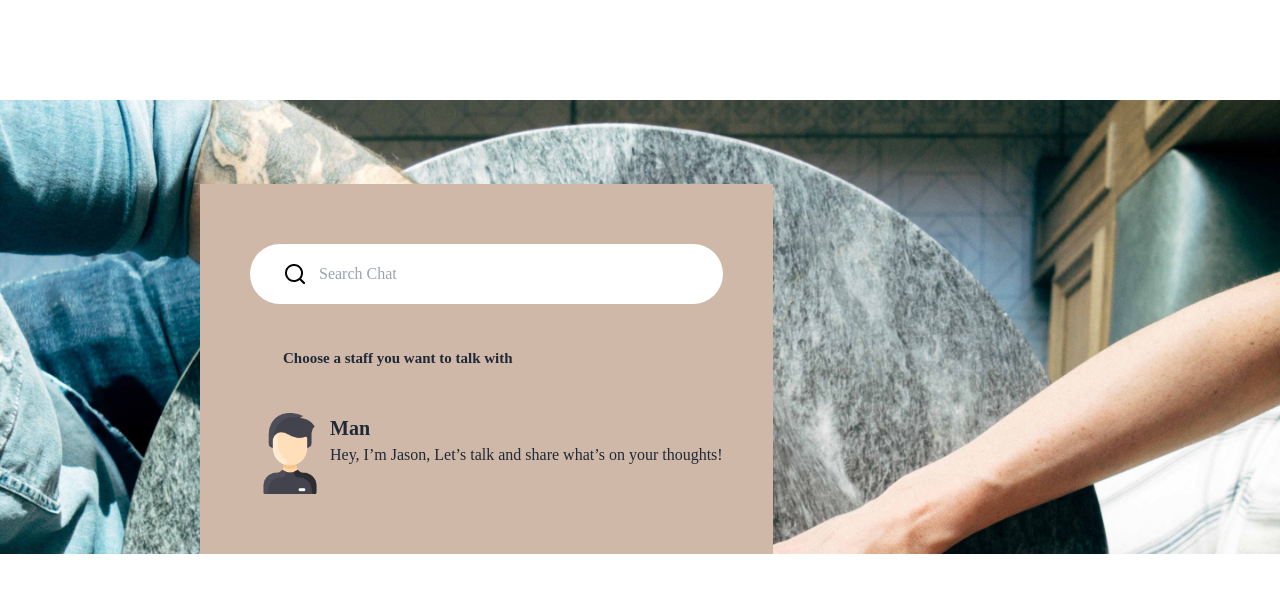
Repository: boykebn/fw12-collab2-FRONTEND
Page: /chat (app in our/)
These files come from the project's save history. The page is drawn as it stood at one moment and after the next save; the edit follows.
The browser window is 1280 px wide. The pictures show the whole page.
The project was rebuilt for these pictures with package versions that can differ from the ones it lists, and the page was loaded fresh each time. The framework's server and built-in components were replaced by stand-ins that run in the browser. Also part of the build but not shown: our/next.config.js.

Above is the page before, as saved 2022-12-31 23:49:49.

After the next save:
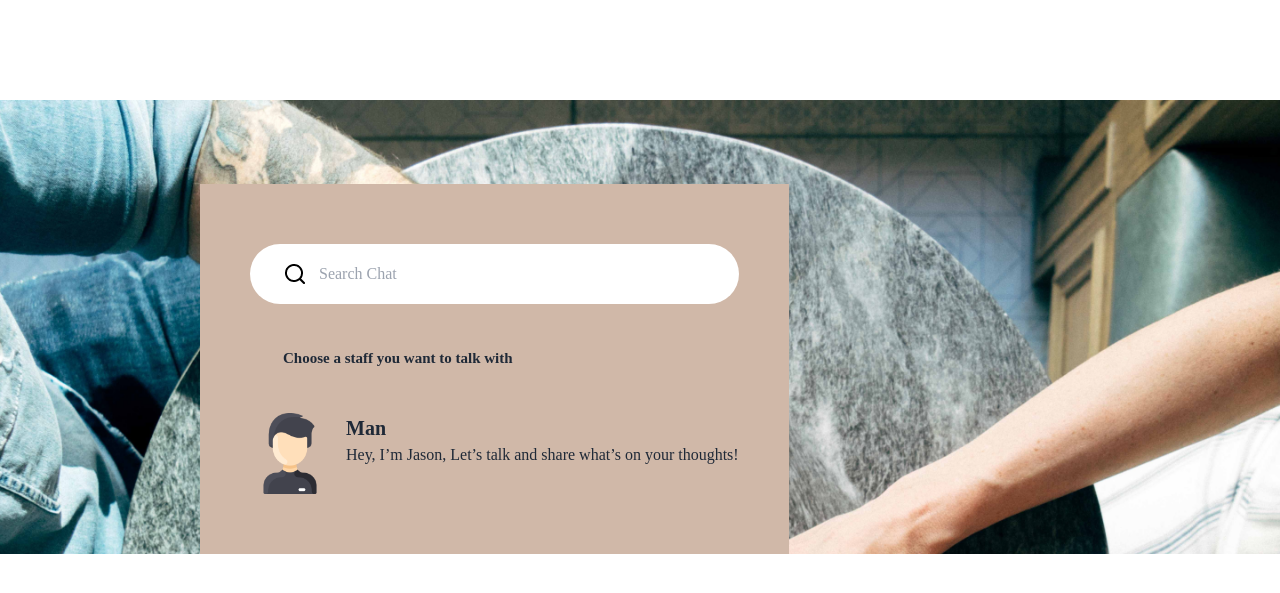
Saved 8 s later.
--- a/our/pages/chat.js
+++ b/our/pages/chat.js
@@ -17,7 +17,11 @@ const Chat = () => {
               Choose a staff you want to talk with
             </p>
             <div className="flex">
-              <Image src={man} alt="man" className="w-[80px] h-[81px]" />
+              <Image
+                src={man}
+                alt="man"
+                className="w-[80px] h-[81px] mr-[16px]"
+              />
               <div>
                 <p className="text-[20px] font-bold">Man</p>
                 <p>
